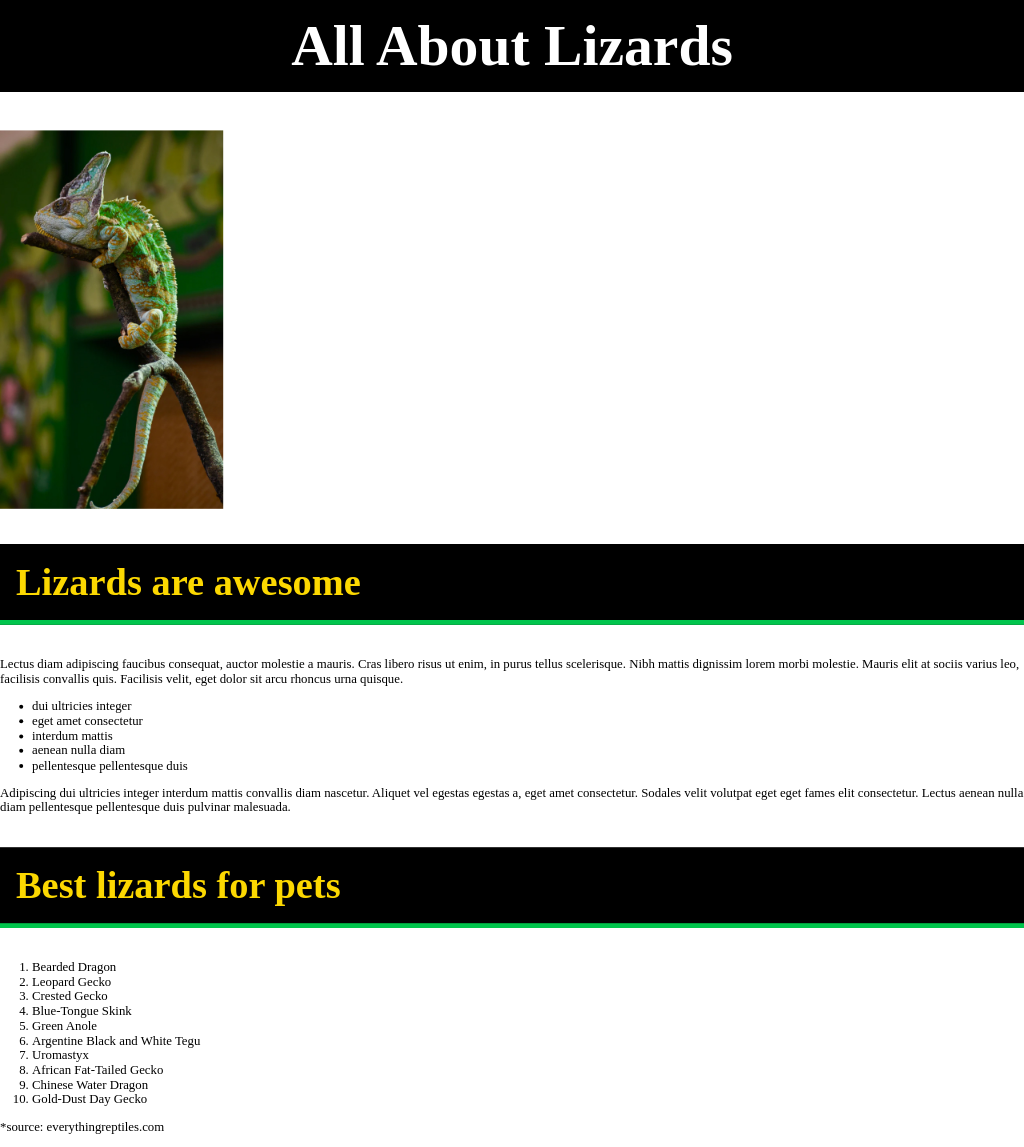
Repository: Doumham-Armah/lizards-landing--page
Page: index.html
These files come from the project's save history. The page is drawn as it stood at one moment and after the next save; the edit follows.
The browser window is 1280 px wide. The pictures show the whole page, at 80% of full size.

Above is the page before, as saved 2021-08-10 14:20:46.

### index.html
<!DOCTYPE html>
<html>
  <head>
    <link
      rel="stylesheet"
      href="https://cdnjs.cloudflare.com/ajax/libs/normalize/8.0.1/normalize.css"
    />
    <title>All about lizards</title>
    <link href="css/style.css" rel="stylesheet" />
  </head>
  <body>
    <header>
      <h1>All About Lizards</h1>
    </header>

    <main>
      <section class="main-content">
        <img src="images/chameleon.jpg" alt="a chameleon climbing a branch" />

        <h2 class="subhead">
          Lizards <span class="white-text">are awesome</span>
        </h2>
        <p>
          Lectus diam adipiscing faucibus consequat, auctor molestie a mauris.
          Cras libero risus ut enim, in purus tellus scelerisque. Nibh mattis
          dignissim lorem morbi molestie. Mauris elit at sociis varius leo,
          facilisis convallis quis. Facilisis velit, eget dolor sit arcu rhoncus
          urna quisque.
        </p>

        <!-- insert the unordered list here -->
        <ul>
          <li>dui ultricies integer</li>
          <li>eget amet consectetur</li>
          <li>interdum mattis</li>
          <li>aenean nulla diam</li>
          <li>pellentesque pellentesque duis</li>
        </ul>

        <p>
          Adipiscing dui ultricies integer interdum mattis convallis diam
          nascetur. Aliquet vel egestas egestas a, eget amet consectetur.
          Sodales velit volutpat eget eget fames elit consectetur. Lectus aenean
          nulla diam pellentesque pellentesque duis pulvinar malesuada.
        </p>
      </section>

      <aside class="sidebar">
        <h2 class="subhead">
          Best lizards for <span class="white-text">pets</span>
        </h2>
        <!-- insert the ordered list here -->
        <ol>
          <li>Bearded Dragon</li>
          <li>Leopard Gecko</li>
          <li>Crested Gecko</li>
          <li>Blue-Tongue Skink</li>
          <li>Green Anole</li>
          <li>Argentine Black and White Tegu</li>
          <li>Uromastyx</li>
          <li>African Fat-Tailed Gecko</li>
          <li>Chinese Water Dragon</li>
          <li>Gold-Dust Day Gecko</li>
        </ol>
        <p>*source: everythingreptiles.com</p>
      </aside>
    </main>
  </body>
</html>

### css/style.css
body {
  margin: 0;
}

h1 {
  background-color: black;
  color: white;
  text-align: center;
  padding: 1rem 0rem;
  margin-top: 0;
  font-size: 4.5rem;
}

.subhead {
  background-color: black;
  color: #fcd801;
  font-size: 3rem;
  padding: 1.25rem;
  border-bottom: 0.4rem #00c54c solid;
}

After the next save:
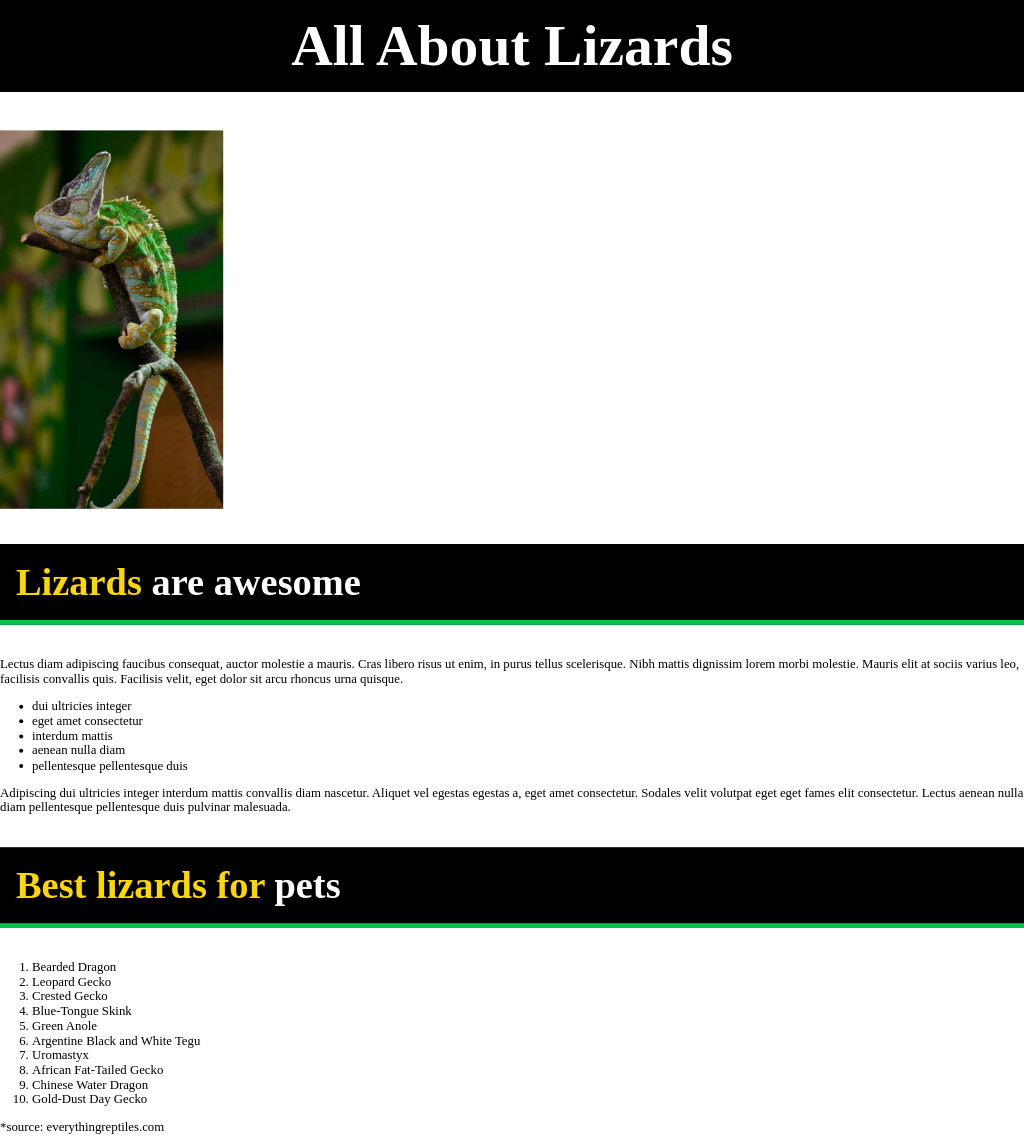
Saved 11 s later.
--- a/css/style.css
+++ b/css/style.css
@@ -18,3 +18,7 @@ h1 {
   padding: 1.25rem;
   border-bottom: 0.4rem #00c54c solid;
 }
+
+.white-text {
+  color: white;
+}
